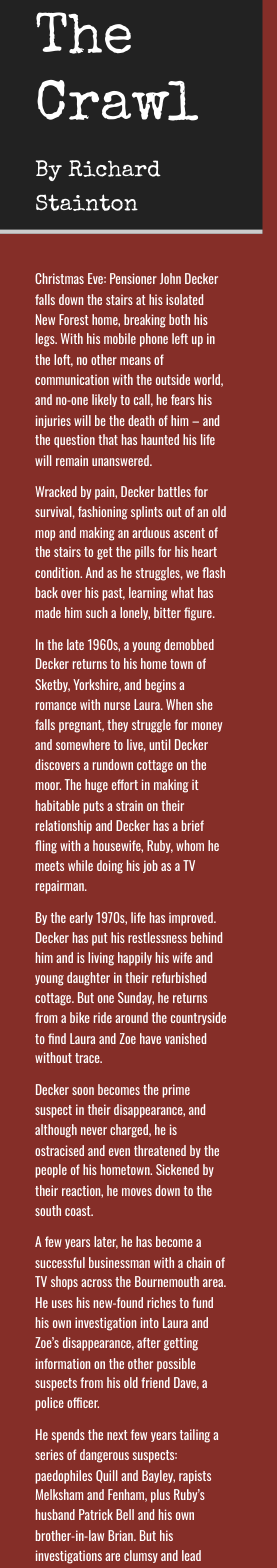
Repository: Domehead123/crawl
Page: index.html
The author's editor kept a record of every edit. The page is drawn from the files as they stood at one moment, then again after the next edit.
The browser window is 375 px wide. The page is 375 px wide, then 395 px, so the pictures cover 395 px, including what lies to the right of the window. The pictures show the part of the page from y = 0 to 2240 px (the page is 3287 px tall before and 3307 px after), at 70% of full size.

Above is the page before.

After the next edit:
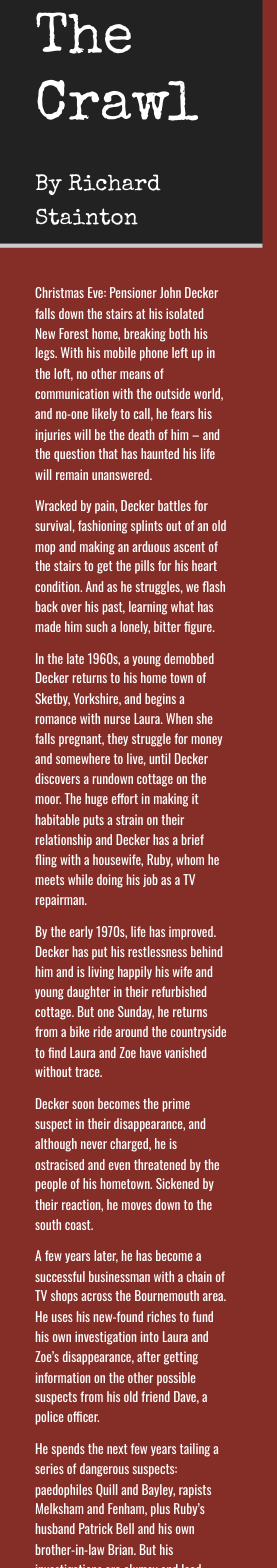
The edit:
--- a/assets/css/style.css
+++ b/assets/css/style.css
@@ -121,7 +121,7 @@
 
  .title {
       width: 100%;
-      margin: 0;
+      margin-bottom: 20px;
       }
 
   .author {
